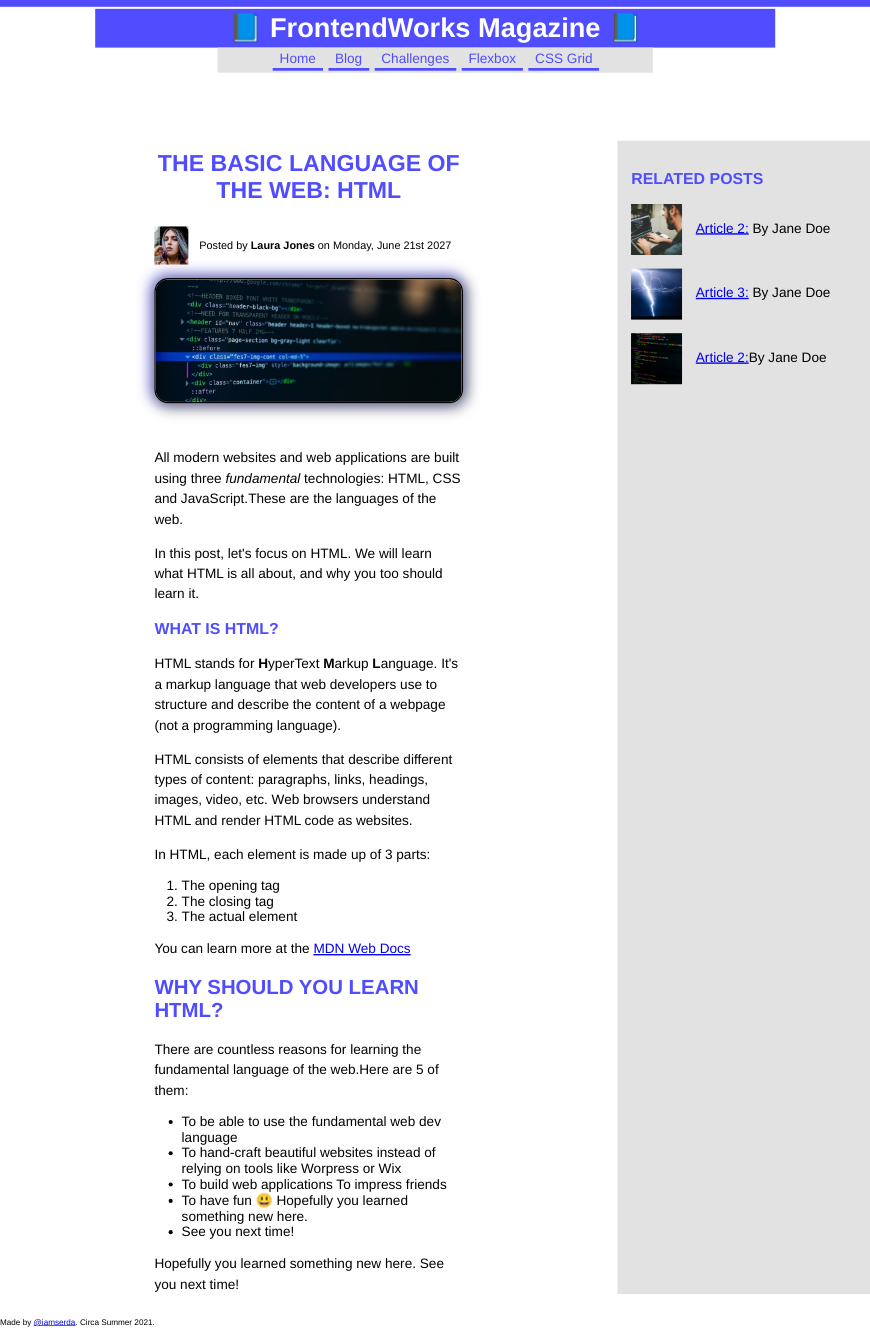
Repository: iamserda/html-css-course
Page: starter/02-HTML-Fundamentals/index.html
An editor plug-in stored every save of this project. The page is shown before and after the next save, followed by the edit.
The browser window is 1280 px wide. The pictures show the whole page, at 68% of full size.

Above is the page before, as saved 2021-07-17 18:03:19.

After the next save:
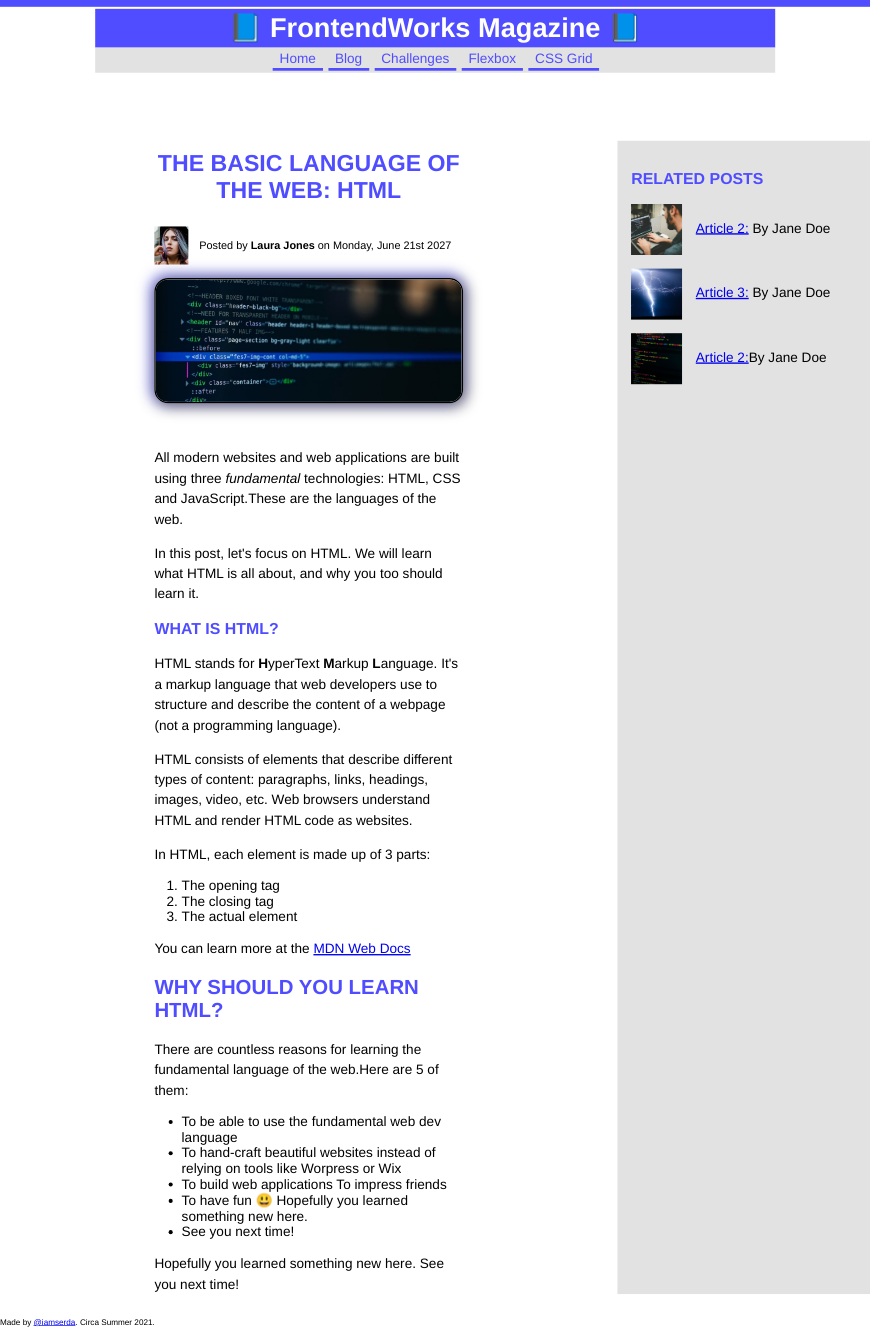
Saved 22 s later.
--- a/starter/02-HTML-Fundamentals/index.css
+++ b/starter/02-HTML-Fundamentals/index.css
@@ -45,6 +45,8 @@ nav {
     width: 100%;
     max-width: 1000px;
     margin: 0 auto;
+        margin-left: auto;
+        margin-right: auto;
 }
 
 .brandname {
@@ -63,9 +65,8 @@ p {
 nav {
     margin-top: 0;
     background-color: rgb(226, 226, 226);
-    width: 50%;
-    margin-left: auto;
-    margin-right: auto;
+
+
 
 }
 
